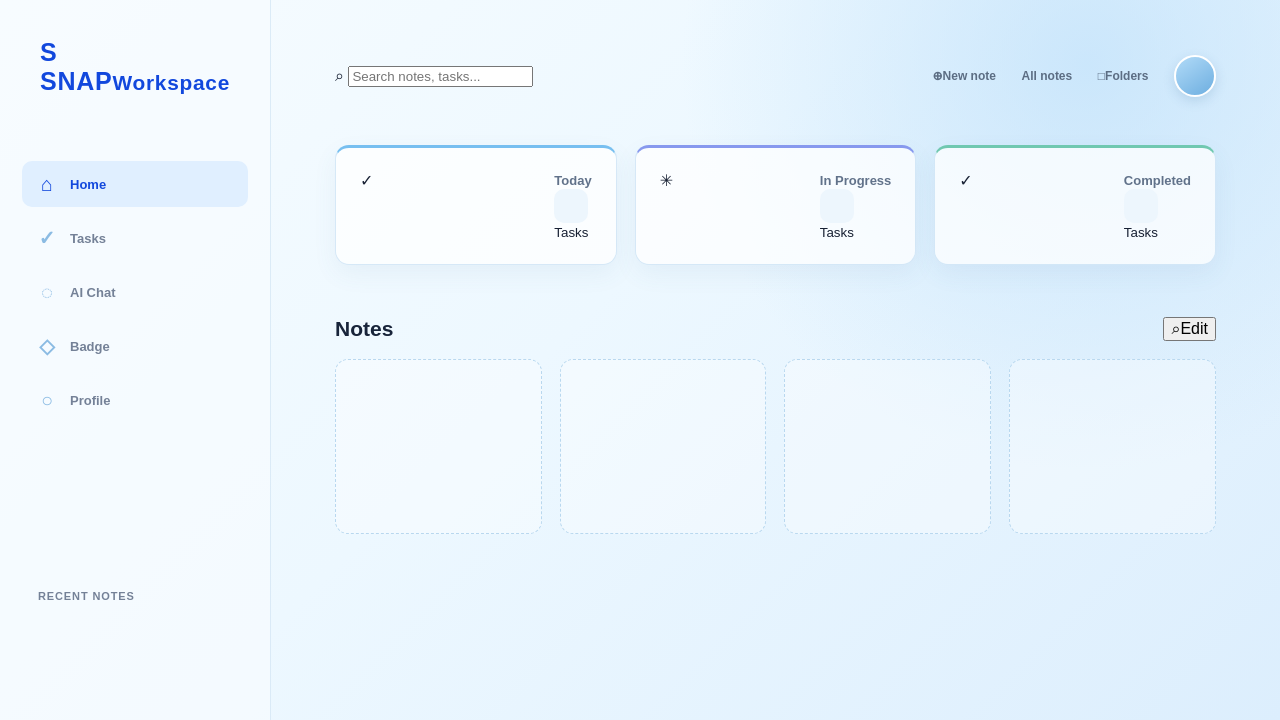
Repository: Lee-Productions-Inc/SNAP_productions
Page: pages/dashboard.html
An editor plug-in stored every save of this project. The page is shown before and after the next save, followed by the edit.
The browser window is 1280 px wide. The pictures show the whole page.

Above is the page before, as saved 2026-09-16 20:51:37.

After the next save:
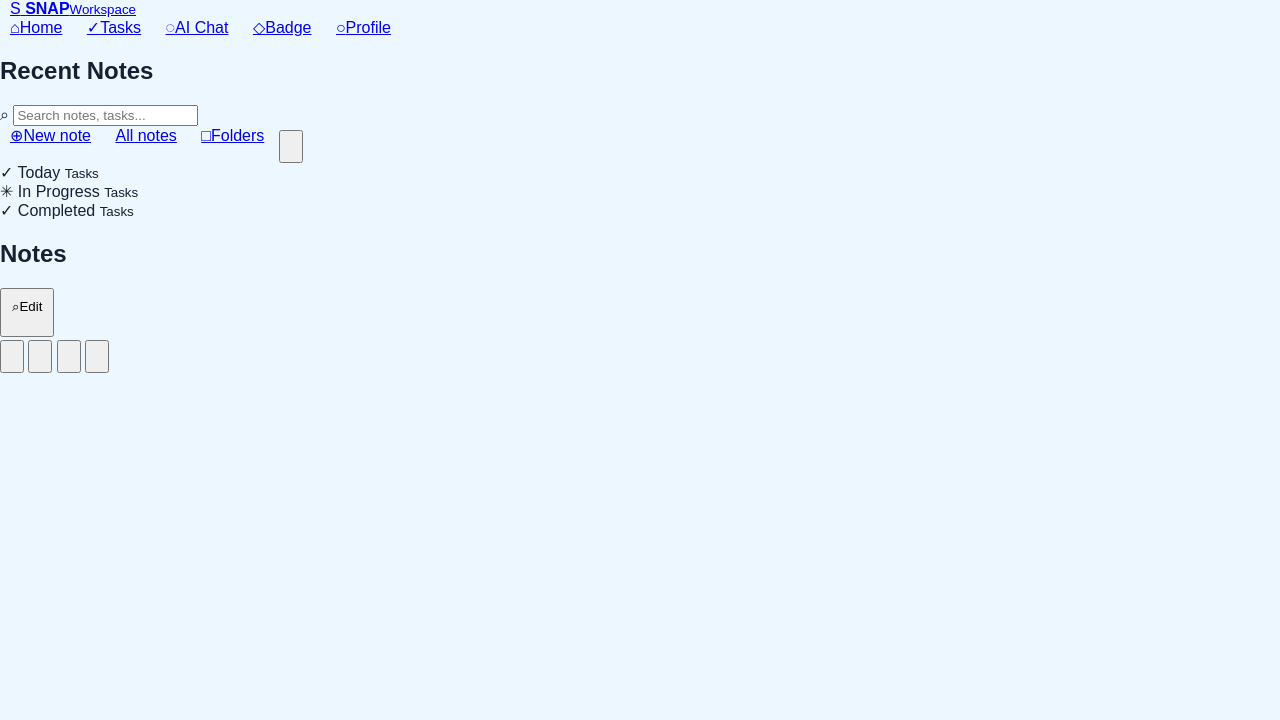
Saved 29 s later.
--- a/designs/dashboard.css
+++ b/designs/dashboard.css
@@ -16,40 +16,42 @@
 
 button,
 a {
-    font: inherit;
-}
+    flex: 0 0 177px;
+    padding: 9px 10px 20px;
 
 button,
 a {
-    -webkit-tap-highlight-color: transparent;
-}
-
-.dashboard-shell {
-    display: flex;
+    display: flex;
+    align-items: center;
+    gap: 9px;
+    min-height: 27px;
+    margin: 0 5px 18px;
+    color: #1f2c40;
+    font-size: 11px;
     min-height: 100vh;
     background:
         radial-gradient(circle at 85% 9%, rgba(190, 224, 250, 0.7), transparent 32%),
         linear-gradient(135deg, #f7fcff 0%, #edf8ff 45%, #dceefd 100%);
 }
-
+    gap: 5px;
 .sidebar {
     display: flex;
     flex: 0 0 245px;
     flex-direction: column;
     min-height: 100vh;
-    padding: 38px 22px 28px;
-    border-right: 1px solid rgba(136, 183, 219, 0.24);
-    background: rgba(248, 252, 255, 0.68);
+    gap: 11px;
+    min-height: 34px;
+    padding: 0 10px;
 }
 
 .brand {
-    margin: 0 18px 65px;
-    color: #1248dd;
+    margin-top: 18px;
+    padding: 0 8px;
     font-size: 25px;
     font-weight: 800;
     letter-spacing: 0.03em;
-    text-decoration: none;
-}
+    width: min(100%, 1000px);
+    padding: 3px 18px 70px;
 
 .primary-nav {
     display: grid;
@@ -61,28 +63,32 @@
     align-items: center;
     gap: 14px;
     min-height: 46px;
-    padding: 0 16px;
+    gap: 9px;
     border-radius: 10px;
     color: #748197;
     font-size: 13px;
-    font-weight: 700;
-    text-decoration: none;
+    display: flex;
+    align-items: center;
+    gap: 5px;
+    min-height: 30px;
+    padding: 0 12px;
+    border-radius: 17px;
+    color: #4d5d73;
+    font-size: 10px;
     transition: background 160ms ease, color 160ms ease;
 }
 
-.nav-item span {
-    width: 18px;
+    gap: 12px;
+    margin-top: 18px;
     color: #8bbbe3;
     font-size: 20px;
     line-height: 1;
-    text-align: center;
-}
-
-.nav-item:hover,
-.nav-item.active {
-    color: #1248dd;
-    background: #e0efff;
-}
+    position: relative;
+    min-height: 89px;
+    padding: 12px;
+    border: 0;
+    border-radius: 13px;
+    box-shadow: 0 7px 15px rgba(67, 119, 158, 0.06);
 
 .nav-item.active span {
     color: #1248dd;
@@ -102,48 +108,47 @@
     text-transform: uppercase;
 }
 
-.empty-recent {
-    height: 90px;
-}
+    color: #637287;
+    font-size: 9px;
+    font-weight: 700;
 
 .dashboard-main {
     width: min(100%, 1180px);
     margin: 0 auto;
-    padding: 55px clamp(28px, 5vw, 72px) 70px;
-}
-
-.dashboard-header,
+    width: 24px;
+    height: 19px;
 .section-heading {
     display: flex;
     align-items: center;
-    justify-content: space-between;
+    margin-top: 22px;
     gap: 24px;
 }
 
-.eyebrow {
+    font-size: 15px;
     margin: 0 0 8px;
     color: #6b9bc4;
     font-size: 11px;
-    font-weight: 800;
-    letter-spacing: 0.1em;
-    text-transform: uppercase;
+.edit-button {
+    min-height: 26px;
+    padding: 0 10px;
 }
 
 .dashboard-header h1 {
     margin: 0;
-    color: #18243a;
-    font-size: clamp(28px, 3vw, 40px);
-    line-height: 1.05;
+    grid-template-columns: repeat(3, minmax(0, 1fr));
+    gap: 13px;
+    margin-top: 14px;
 }
 
 .header-actions {
-    display: flex;
-    align-items: center;
-    gap: clamp(12px, 2vw, 26px);
+    aspect-ratio: 1.85;
+    min-height: 145px;
+    border: 1px solid #e6ebf0;
 }
 
 .text-action {
-    color: #5c6d83;
+    background: rgba(255, 255, 255, 0.9);
+    box-shadow: 0 7px 15px rgba(67, 119, 158, 0.06);
     font-size: 12px;
     font-weight: 700;
     text-decoration: none;
